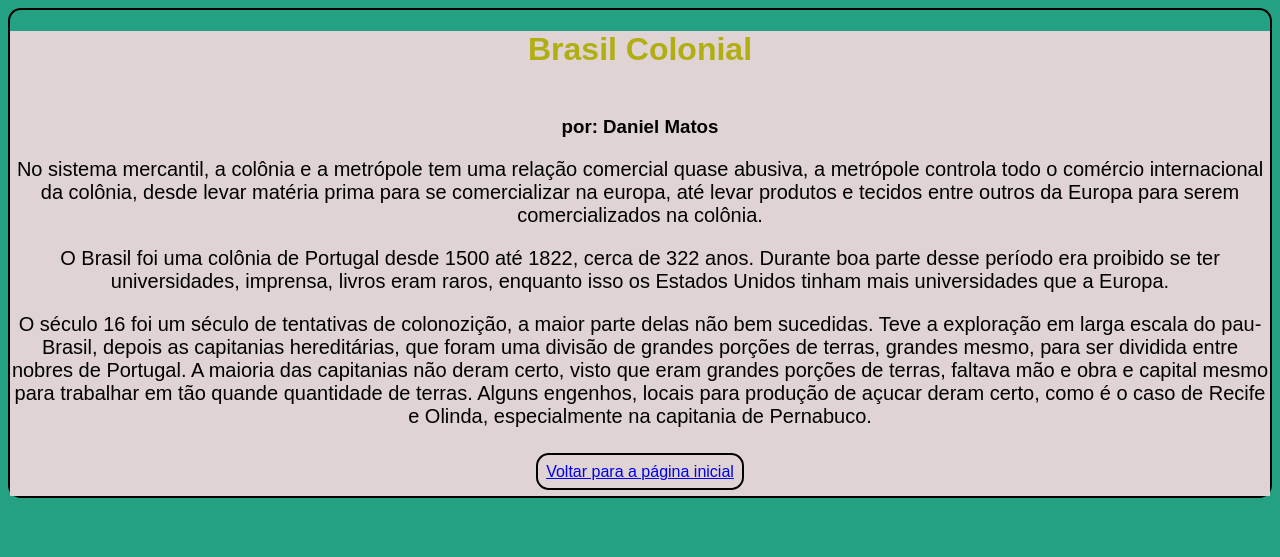
Repository: batmit/FutureFundation.github.io-1
Page: menu/articles/history/modern/Brazil/colonial.html
An editor plug-in stored every save of this project. The page is shown before and after the next save, followed by the edit.
The browser window is 1280 px wide. The pictures show the whole page.

Above is the page before, as saved 2022-03-16 09:37:35.

After the next save:
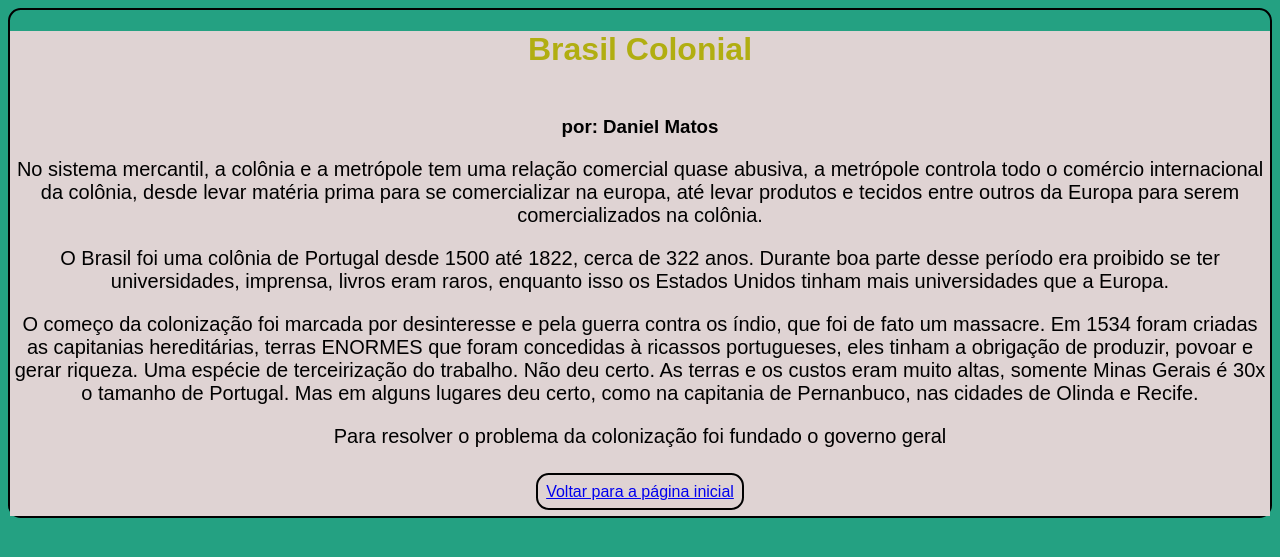
Saved 8 min 8 s later.
--- a/menu/articles/history/modern/Brazil/colonial.html
+++ b/menu/articles/history/modern/Brazil/colonial.html
@@ -17,7 +17,8 @@
 
         <p>O Brasil foi uma colônia de Portugal desde 1500 até 1822, cerca de 322 anos. Durante boa parte desse período era proibido se ter universidades, imprensa, livros eram raros, enquanto isso os Estados Unidos tinham mais universidades que a Europa.  </p>
 
-        <p>O século 16 foi um século de tentativas de colonozição, a maior parte delas não bem sucedidas. Teve a exploração em larga escala do pau-Brasil, depois as capitanias hereditárias, que foram uma divisão de grandes porções de terras, grandes mesmo, para ser dividida entre nobres de Portugal. A maioria das capitanias não deram certo, visto que eram grandes porções de terras, faltava mão e obra e capital mesmo para trabalhar em tão quande quantidade de terras. Alguns engenhos, locais para produção de açucar deram certo, como é o caso de Recife e Olinda, especialmente na capitania de Pernabuco. </p>
+        <p>O começo da colonização foi marcada por desinteresse e pela guerra contra os índio, que foi de fato um massacre. Em 1534 foram criadas as capitanias hereditárias, terras ENORMES que foram concedidas à ricassos portugueses, eles tinham a obrigação de produzir, povoar e gerar riqueza. Uma espécie de terceirização do trabalho. Não deu certo. As terras e os custos eram muito altas, somente Minas Gerais é 30x o tamanho de Portugal. Mas em alguns lugares deu certo, como na capitania de Pernanbuco, nas cidades de Olinda e Recife.</p>
+        <p>Para resolver o problema da colonização foi fundado o governo geral</p>
 
         <a href="./main.html">Voltar para a página inicial</a>
     </div>
